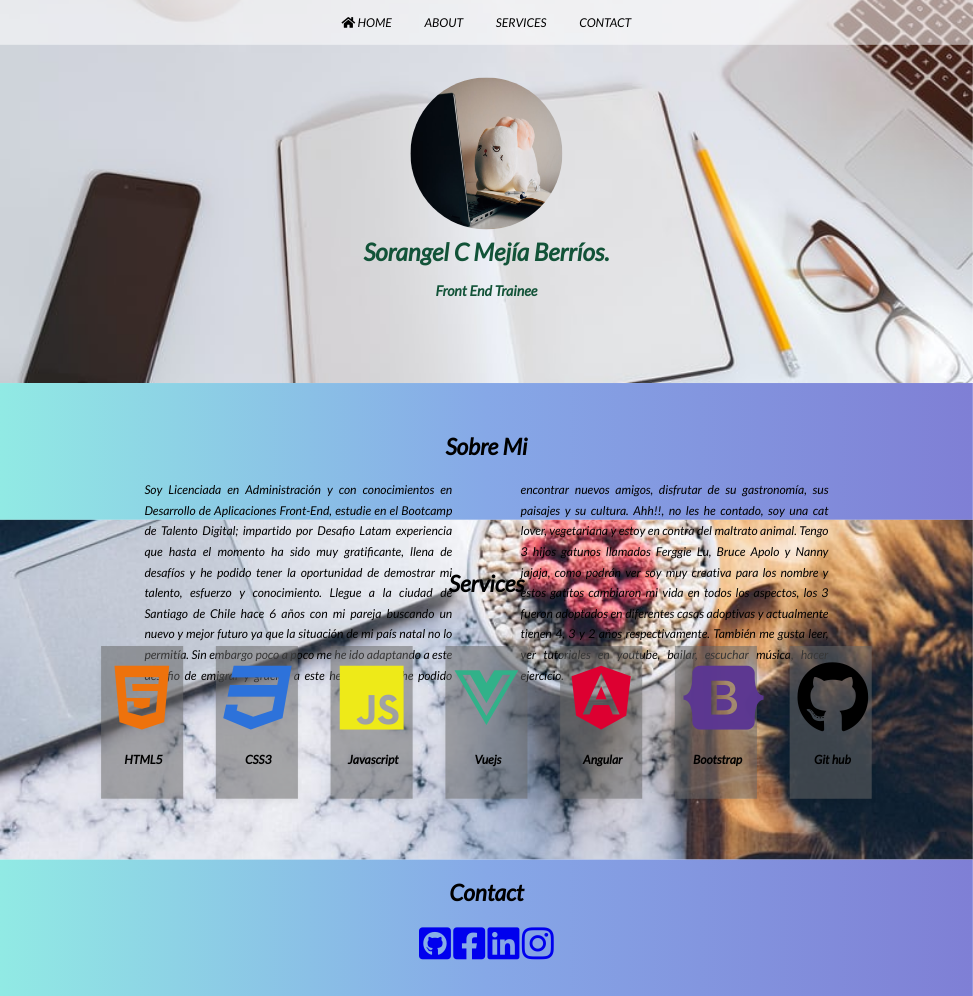
Repository: sory2311/portfolio-css
Page: index.html
An editor plug-in stored every save of this project. The page is shown before and after the next save, followed by the edit.
The browser window is 1280 px wide. The pictures show the whole page, at 76% of full size.
Backgrounds fixed to the window are drawn as part of the page. Some web libraries are served in a nearby version.

Above is the page before, as saved 2021-05-27 19:15:10.

### index.html
<!DOCTYPE html>
<html lang="en">
  <head>
    <meta charset="UTF-8" />
    <meta name="viewport" content="width=device-width, initial-scale=1.0" />
    <title>Document</title>
    <link
      rel="stylesheet"
      href="https://cdnjs.cloudflare.com/ajax/libs/font-awesome/5.14.0/css/all.min.css"
    />
    <link
      href="https://fonts.googleapis.com/css2?family=Lato:ital@1&display=swap"
      rel="stylesheet"
    />
    <link rel="stylesheet" href="./css/style.css" />
  </head>

  <body>
    <nav class="sidebar">
      <a href="#home" class="sidebar-item"><i class="fas fa-home"></i> Home</a>
      <a href="#about" class="sidebar-item">About</a>
      <a href="#services" class="sidebar-item">Services</a>
      <a href="#contact" class="sidebar-item">Contact</a>
      <a href="javscript:void(0)" class="close"><i class="fa fa-times"></i></a>
    </nav>
    <a href="javscript:void(0)" class="open"><i class="fa fa-bars"></i></a>

    <!--aqui comienza el home-->
    <header id="home">
      <img src="./img/avatar2.jpeg" alt="Mi foto" class="avatar" />
      <h1 class="header-name">Sorangel C Mejía Berríos.</h1>
      <h3 class="header-title">Front End Trainee</h3>
    </header>

    <!--aqui comienza el acerca de:-->
    <section id="about">
      <div class="container">
        <h1 class="section-title">Sobre Mi</h1>
        <p class="about-content">
          Soy Licenciada en Administración y con conocimientos en Desarrollo de Aplicaciones Front-End,
          estudie en el Bootcamp de Talento Digital; impartido por Desafio Latam
          experiencia que hasta el momento ha sido muy gratificante, llena de
          desafíos y he podido tener la oportunidad de demostrar mi
          talento, esfuerzo y conocimiento. Llegue a la ciudad de Santiago de Chile hace 6 años con mi pareja buscando un nuevo y mejor futuro
          ya que la situación de mi país natal no lo permitía. Sin embargo poco a poco me he ido adaptando a
          este desafio de emigrar y gracias a este hermoso país he podido encontrar nuevos amigos, disfrutar
          de su gastronomía, sus paisajes y su cultura.
          Ahh!!, no les he contado, soy una cat lover, vegetariana y estoy en contra del maltrato animal.
                    Tengo 3 hijos gatunos llamados Ferggie Lu, Bruce Apolo y Nanny jajaja, como podrán ver soy muy
                    creativa para los nombre y estos gatitos cambiaron mi vida en todos los aspectos, los 3
                    fueron
                    adoptados en diferentes casas adoptivas y actualmente tienen 4, 3 y 2 años respectivamente.
                    También me gusta leer, ver tutoriales en youtube, bailar, escuchar música, hacer
                    ejercicio.
        </p>
      </div>
    </section>
    <!--aqui comienza el servicios-->
    <section id="services">
      <div class="container">
        <h1 class="section-title">Services</h1>
        <div class="card">
          <i class="fab fa-html5 fa-6x icon-html5"></i>
          <div class="container">
            <h4 class="title">HTML5</h4>
          </div>
        </div>
        <div class="card">
          <i class="fab fa-css3 fa-6x icon-css3"></i>
          <div class="container">
            <h4 class="title">CSS3</h4>
          </div>
        </div>
        <div class="card">
          <i class="fab fa-js fa-6x icon-js"></i>
          <div class="container">
            <h4 class="title">Javascript</h4>

          </div>
        </div>
        <div class="card">
                <i class="fab fa-vuejs fa-6x icon-vuejs"></i>
                <div class="container">
                  <h4 class="title">Vuejs</h4>
                </div>
              </div>
              <div class="card">
                <i class="fab fa-angular fa-6x icon-angular"></i>
                <div class="container">
                  <h4 class="title">Angular</h4>

                </div>
              </div>
              <div class="card">
                    <i class="fab fa-bootstrap fa-6x icon-bootstrap"></i>
                    <div class="container">
                      <h4 class="title">Bootstrap</h4>

                    </div>
                  </div>
                  <div class="card">
                        <i class="fab fa-github fa-6x icon-github"></i>
                        <div class="container">
                          <h4 class="title">Git hub</h4>

                        </div>
                      </div>
      </div>
    </section>

    <!--aqui comienza el contacto-->
    <section id="contact">
      <div class="container">
        <h1 class="section-title">Contact</h1>
                  <div class="col-sm-6 footer">

                          <div class="icons-footer">
                              <a href="https://github.com/sory2311/" target='_blank'><i
                                      class="fab fa-github-square fa-3x"></i></a>
                              <a href="https://www.facebook.com/sory.mejiab/" target='_blank'><i
                                class="fab fa-facebook-square fa-3x"></i></a>
                              <a href="https://www.linkedin.com/in/sorangel-mejía-berrios-803b10107/" target='_blank'><i
                                class="fab fa-linkedin fa-3x"></i></a>
                              <a href="https://www.instagram.com/ferbrunny.2102/" target='_blank'><i
                                class="fab fa-instagram fa-3x"></i></a>
                          </div>
                      </div>



      </div>
    </section>

    <script src="./js/main.js"></script>
  </body>
</html>

### css/style.css
body {
   margin: 0;
   font-family: 'Lato';
}
/* aqui comienza el SIDEBAR*/

.sidebar {
    background-color: #ffffff88;
    overflow: hidden;
    position: fixed;
    text-align: center;
    top: 0;
    width: 100%;
    z-index: 3;
}

.sidebar .sidebar-item {
    color: black;
    font-size: 1em;
    padding: 20px;
    margin: 0 auto;
    text-decoration: none;
    text-transform: uppercase;
    display: inline-block;
}

.sidebar .sidebar-item:hover {
    background-color: #cccccc;

}

.sidebar .close {
    color: black;
    display: none;
    font-size: 1em;
    padding: 10px;
    position: absolute;
    top: 0;
    right: 30px;

}
.sidebar .close:hover {
    color: #3e34cc;
}

.open {
    color: #3e34cc;
    display: none;
    font-size: 1em;
    position: absolute;
    right: 12%;
    padding: 10px;
    top: 0;
    z-index: 2;
}
/* aqui TERMINA el SIDEBAR*/

/* aqui COMIENZA el HOME*/

#home {
    width: 100%;
    height: 70vh;
    display: flex;
    flex-direction: column;
    justify-content: center;
    align-items: center;
    background-attachment: fixed;
    background-image: url(../img/fondo/fondo4.jpeg);
    background-position: center center;
    background-size: cover;
}

#home .avatar {
    border-radius: 100px;
    width:200px;
    height:200px;



}
#home .header-name, #home .header-title{
text-align: center;
margin: 10px;
color: rgb(18, 83, 56);
}

/* aqui Termina el HOME*/


/* ---------  aqui COMIENZA el ABOUT*/

#about {
    width: 100%;
    height: 25vh;
    text-align: center;
    background-attachment: fixed;
    background: #7F7FD5;  /* fallback for old browsers */
    background: -webkit-linear-gradient(to right, #91EAE4, #86A8E7, #7F7FD5);  /* Chrome 10-25, Safari 5.1-6 */
    background: linear-gradient(to right, #91EAE4, #86A8E7, #7F7FD5); /* W3C, IE 10+/ Edge, Firefox 16+, Chrome 26+, Opera 12+, Safari 7+ */

}

#about .container {
    width: 100%;
    max-width: 1200px;
    margin: 0 auto;
    padding-top: 40px;
    padding-bottom: 40px;
}

#about .container .about-content{
    text-align: justify;
    column-count: 2;
    column-gap: 10%;
    margin: 20px auto;
    line-height: 1.7em;
    width: 75%;
}
/* ------------  aqui Termina el ABOUT    */


 /* LA SESION TITLE SE REFERIERE A TODOS NUESTROS H1*/
 .section-title {
     font-size: 30px;
     color: black;
     text-align: center;
 }
 /* LA SESION TITLE SE REFERIERE A TODOS NUESTROS H1*/


/* ------------  aqui COMIENZA el SERVICES   */

 #services {
     width: 100%;
     background-attachment: scroll;
     background-position: center center;
     background-size: cover;
     background-image: url(../img/fondo/fondo7.jpeg);
 }

 #services .container{
    width: 100%;
    max-width: 1200px;
    margin: 0 auto;
    text-align: center;
    padding-top: 40px;
    padding-bottom: 40px;
 }

 #services .container .card{
     background-color: #66666688;
     box-shadow: 0 4px 8px 0 #00000011;
     display: inline-block;
     margin: 40px 20px;
     padding: 20px 10px;
     width: 88px;
     text-align: center;
 }

 #services .container .card .container{
     padding: 2px;
     text-align: center;
 }

 #services .container .card .container h4,
 #services .container .card .container p {
    text-align: center;
    display: block;
 }

 #services .container .card .icon-html5 {
color: rgb(238, 114, 12)
 }

 #services .container .card .icon-css3 {
     color: rgb(45, 114, 218)
}
#services .container .card .icon-js {
    color: rgb(238, 234, 24)
}

#services .container .card .icon-vuejs {
    color: #31b189;
}

#services .container .card .icon-bootstrap {
    color: #5b3791fb;
}
#services .container .card .icon-angular {
    color: #DD0031;
}

/* ------------  aqui COMIENZA el CONTACTOS   */
#contact {
    width: 100%;
    height: 25vh;
    text-align: center;
    background-attachment: fixed;
    background: #7F7FD5;  /* fallback for old browsers */
    background: -webkit-linear-gradient(to right, #91EAE4, #86A8E7, #7F7FD5);  /* Chrome 10-25, Safari 5.1-6 */
    background: linear-gradient(to right, #91EAE4, #86A8E7, #7F7FD5); /* W3C, IE 10+/ Edge, Firefox 16+, Chrome 26+, Opera 12+, Safari 7+ */
    display: flex;
    flex-direction: column;



    /*background-image: url(../img/fondo/fondo3.jpeg);
    background-position: center center;
    background-size: cover;*/
}






/*PARA TRABAJAR CON MEDIA QUERIES*/

@media only screen and (min-width: 375px) and (max-width: 410px) {
    #home .avatar {
        width: 50%;
    }

    #about .container .about-content {
        text-align: justify;
        column-count: 1;
        margin: 20px auto;
        line-height: 1.7em;
        width: 75%;
    }

}

@media only screen and (min-width: 411px) and (max-width: 767px) {
    .sidebar {
        background-color: #3e34cc;
        height: 100%;
        padding-top: 40px;
        position: fixed;
        overflow-x: hidden;
        text-align: center;
        top: 0;
        transition: .5s;
        width: 0;
        z-index: 3;
    }

    .sidebar .sidebar-item {
        padding: 10px 0;
        margin: 0 auto;
        text-decoration: none;
        color: #fff;
        font-size: .8em;
        text-transform: uppercase;
        display: block;
        transition: .5s;
    }

    .sidebar .close {
        display: block;
        z-index: 3;
    }

    .open {
        display: block;
        font-size: 1em;
        z-index: 2;
    }

    #home .avatar {
        width: 75%;
    }

    #about .container .about-content {
        text-align: justify;
        column-count: 1;
        margin: 20px auto;
        line-height: 1.7em;
        width: 75%;
    }



}

@media only screen and (min-width: 768px) and (max-width: 1024px) {

    .sidebar {
        background-color: #3e34cc;
        height: 100%;
        padding-top: 40px;
        position: fixed;
        overflow-x: hidden;
        text-align: center;
        top: 0;
        transition: .5s;
        width: 0;
        z-index: 3;
    }

    .sidebar .sidebar-item {
        padding: 10px 0;
        margin: 0 auto;
        text-decoration: none;
        color: #fff;
        font-size: .8em;
        text-transform: uppercase;
        display: block;
        transition: .5s;
    }

    .sidebar .close {
        display: block;
        z-index: 3;
    }

    .open {
        position: fixed;
        display: block;
        font-size: 1em;
        z-index: 2;
    }

    #home .avatar {
        width: 300px;
    }
}

Loaded but not shown: js/main.js (no copy from this time; the picture is the same without it)

After the next save:
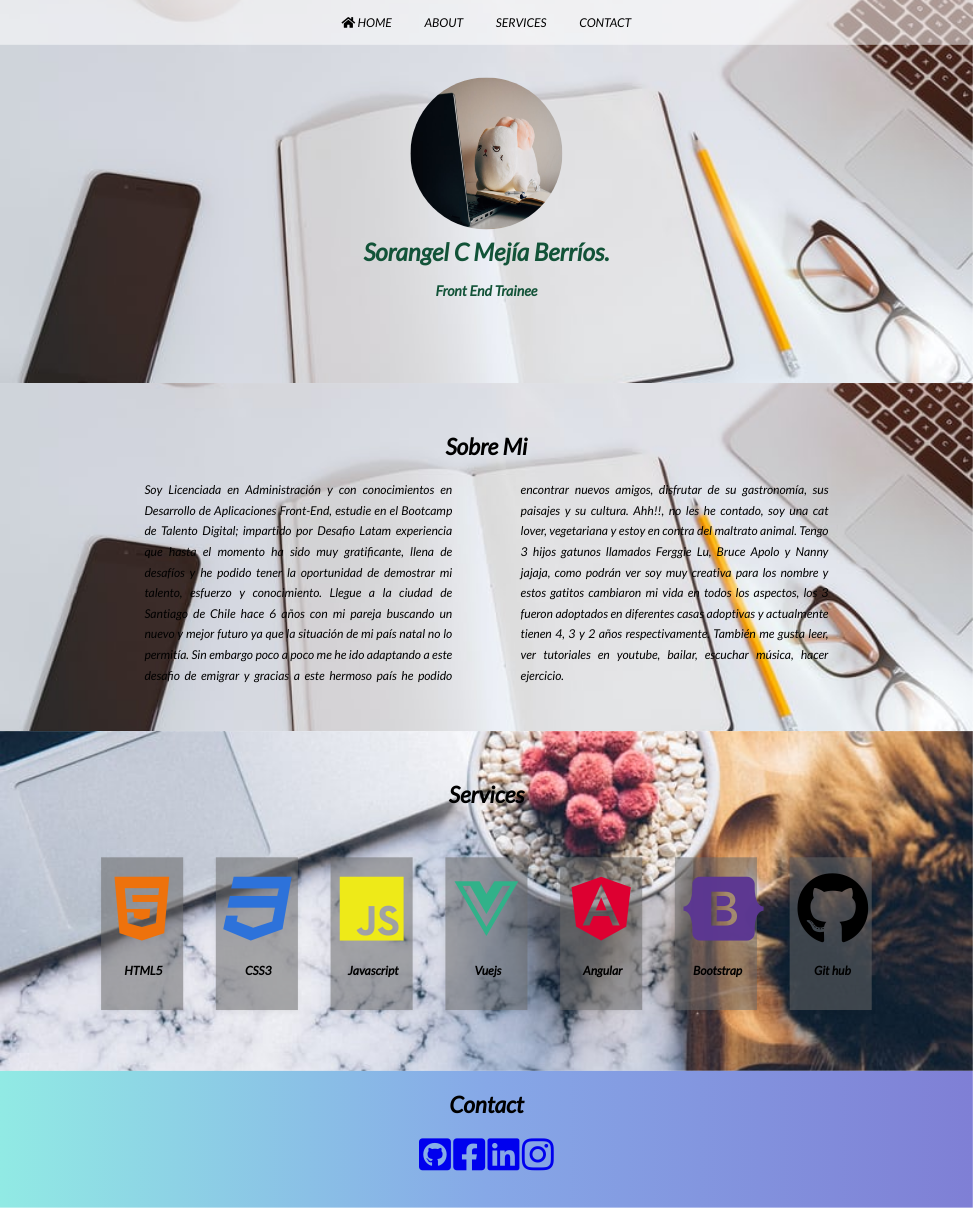
Saved 6 s later.
--- a/css/style.css
+++ b/css/style.css
@@ -91,12 +91,12 @@
 
 #about {
     width: 100%;
-    height: 25vh;
+    height: auto;
     text-align: center;
     background-attachment: fixed;
-    background: #7F7FD5;  /* fallback for old browsers */
-    background: -webkit-linear-gradient(to right, #91EAE4, #86A8E7, #7F7FD5);  /* Chrome 10-25, Safari 5.1-6 */
-    background: linear-gradient(to right, #91EAE4, #86A8E7, #7F7FD5); /* W3C, IE 10+/ Edge, Firefox 16+, Chrome 26+, Opera 12+, Safari 7+ */
+    background-image: url(../img/fondo/fondo4.jpeg);
+    background-position: center center;
+    background-size: cover;
 
 }
 
